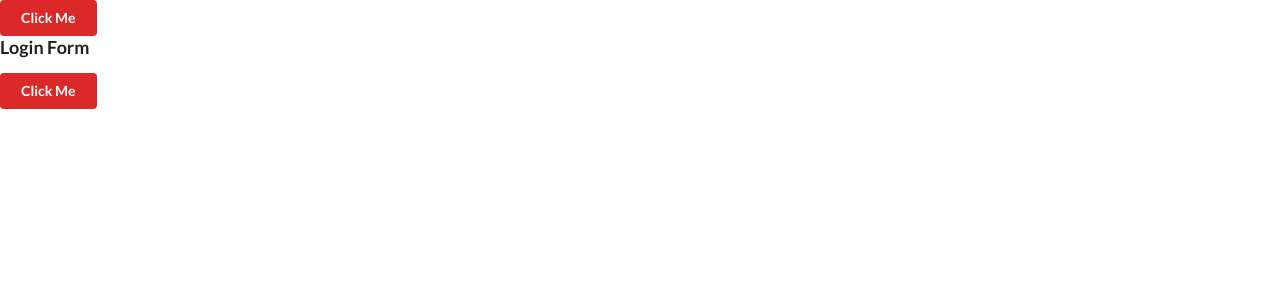
Repository: anagarango/dai-week4-assignment
Page: / (app in dai_web_ex/)
These files come from the project's save history. The page is drawn as it stood at one moment and after the next save; the edit follows.
The browser window is 1280 px wide. The pictures show the whole page.
The project was rebuilt for these pictures with package versions that can differ from the ones it lists, and the page was loaded fresh each time. The framework's server and built-in components were replaced by stand-ins that run in the browser. Also part of the build but not shown: dai_web_ex/next.config.js.

Above is the page before, as saved 2022-09-26 15:30:08.

### dai_web_ex/pages/_app.js
import 'semantic-ui-css/semantic.min.css'

function MyApp({ Component, pageProps }) {
  return <Component {...pageProps} />
}

export default MyApp

### dai_web_ex/pages/index.js
import { Button } from 'semantic-ui-react'
import {useRouter} from 'next/router'
import LoginForm from '../comps'
import { Dimmer, Loader, Image, Segment } from 'semantic-ui-react'

// The router and states are mostly used in the page for data/information state management
import {useState} from 'react'

export default function Home() {
  const r = useRouter();
  //before, during, after
  const [logInState, setLogInState] = useState("before")

  var c = "blue"

  var btn_text = "Click Me"

  if(logInState === "before"){
    c = "red";
  } if(logInState === "during"){
    c = "yellow";
    btn_text = "Waiting..."
  } if(logInState === "after"){
    c = "green";
    btn_text = "Transferring you to Dashboard!"
  }

  const HandleButton = () =>{
    if (logInState === "before"){
      setLogInState("during");

    }
    if (logInState === "during"){
      setLogInState("after");

    }
    if (logInState === "after"){
      r.push("/dashboard")
    }
  }

  // async = when it takes time to connect to a server
  const Login = async () => {
    setLogInState("during");
    // its going to take time
    // mock of the time passing -> this code is useless and doesnt do anything
    await new Promise(resolve=>setTimeout(resolve, 3000))

    setLogInState("after");
    // its going to stall for 1-2 seconds
    await new Promise(resolve=>setTimeout(resolve, 2000))

    r.push("/dashboard")

  }

  return (
    <div>
      <Button color={c} onClick={()=>Login()}>{btn_text}
      {/* <Segment>
        <Dimmer active> */}
          {logInState === "during" && <Loader active/>}
        {/* </Dimmer>
      </Segment> */}
      </Button>
      <LoginForm logInState={logInState}></LoginForm>

    </div>
  )
}

### dai_web_ex/comps/index.js
import { Button, Loader } from 'semantic-ui-react'

export default function LoginForm({
    logInState="before"
}){

    var c = "blue"

  var btn_text = "Click Me"

  if(logInState === "before"){
    c = "red";
  } if(logInState === "during"){
    c = "yellow";
    btn_text = "Waiting..."
  } if(logInState === "after"){
    c = "green";
    btn_text = "Transferring you to Dashboard!"
  }


    return <div>
        <h3>Login Form</h3>
        <Button color={c} onClick={()=>Login()}>{btn_text}
        {logInState === "during" && <Loader active/>}
        </Button>

    </div>
}

After the next save:
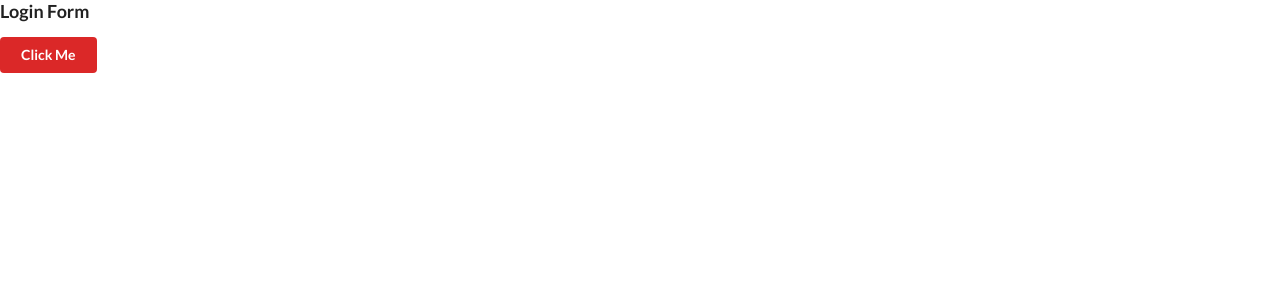
Saved 1 s later.
--- a/dai_web_ex/pages/index.js
+++ b/dai_web_ex/pages/index.js
@@ -56,13 +56,13 @@ export default function Home() {
 
   return (
     <div>
-      <Button color={c} onClick={()=>Login()}>{btn_text}
+      {/* <Button color={c} onClick={()=>Login()}>{btn_text} */}
       {/* <Segment>
         <Dimmer active> */}
-          {logInState === "during" && <Loader active/>}
+          {/* {logInState === "during" && <Loader active/>} */}
         {/* </Dimmer>
       </Segment> */}
-      </Button>
+      {/* </Button> */}
       <LoginForm logInState={logInState}></LoginForm>
 
     </div>
